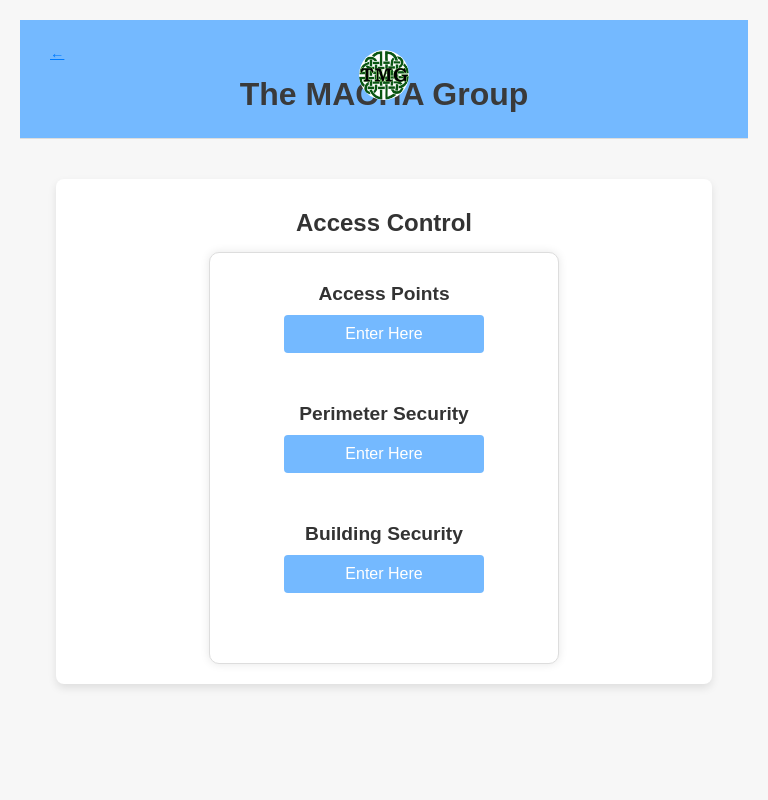
Repository: MachaGroup/MachaGroupIntegration
Page: /Access
These files come from the project's save history. The page is drawn as it stood at one moment and after the next save; the edit follows.
The browser window is 768 px wide. The pictures show the whole page.
The project was rebuilt for these pictures with package versions that can differ from the ones it lists, and the page was loaded fresh each time. Also part of the build but not shown: src/Screens/Login.js, src/Screens/FormInputPage.js, src/Screens/MainScreen.js, src/Screens/AboutUs.js, src/Screens/FAQ.js, src/firebaseConfig.js, src/Screens/ContactUs.js, src/Screens/Settings.js and 301 more.

Above is the page before, as saved 2024-12-02 16:29:39.

### public/index.html
<!DOCTYPE html>
<html lang="en">
  <head>
    <meta charset="utf-8" />
    <link rel="icon" href="%PUBLIC_URL%/MachaLogo.png" />
    <meta name="viewport" content="width=device-width, initial-scale=1" />
    <meta name="theme-color" content="#000000" />
    <meta
      name="description"
      content="Web site created using create-react-app"
    />
    <link rel="apple-touch-icon" href="%PUBLIC_URL%/logo192.png" />
    <!--
      manifest.json provides metadata used when your web app is installed on a
      user's mobile device or desktop. See https://developers.google.com/web/fundamentals/web-app-manifest/
    -->
    <link rel="manifest" href="%PUBLIC_URL%/manifest.json" />
    <!--
      Notice the use of %PUBLIC_URL% in the tags above.
      It will be replaced with the URL of the `public` folder during the build.
      Only files inside the `public` folder can be referenced from the HTML.

      Unlike "/favicon.ico" or "favicon.ico", "%PUBLIC_URL%/favicon.ico" will
      work correctly both with client-side routing and a non-root public URL.
      Learn how to configure a non-root public URL by running `npm run build`.
    -->
    <title>Macha Group Web App</title>
  </head>
  <body>
    <noscript>You need to enable JavaScript to run this app.</noscript>
    <div id="root"></div>
    <!--
      This HTML file is a template.
      If you open it directly in the browser, you will see an empty page.

      You can add webfonts, meta tags, or analytics to this file.
      The build step will place the bundled scripts into the <body> tag.

      To begin the development, run `npm start` or `yarn start`.
      To create a production bundle, use `npm run build` or `yarn build`.
    -->
  </body>
</html>

### src/Screens/Login.css
/* Main container styling */
h1 {
  padding-bottom: 15px;
}

.logo{
  width: 300px;  /* Adjust size as needed */
  margin-bottom: 15px;  /* Spacing below the logo */
}
.login-container {
  display: flex;
  flex-direction: column;
  align-items: center;
  justify-content: center;
  height: 100vh;
  background-color: #f7f7f7;
  padding: 20px;
}
.password-container {
  position: relative;
  display: flex;
  align-items: center;
}

.password-container input {
  width: 100%;
  padding-right: 30px; /* Space for the eye icon */
}

.password-toggle {
  position: absolute;
  right: 10px;
  cursor: pointer;
  font-size: 1.2em;
  display: flex;
  align-items: center; /* Ensures icon centers vertically */
  height: 100%; /* Matches the height of the input for better alignment */
}


/* Form container */
form {
  display: flex;
  flex-direction: column;
  width: 350px; /* Increased width */
  background-color: #fff;
  padding: 30px; /* Increased padding */
  border: 1px solid #ddd;
  border-radius: 10px;
  box-shadow: 0 0 10px rgba(0, 0, 0, 0.1);
}

/* Form group */
.form-group {
  margin-bottom: 15px;
}

.form-group label {
  display: block;
  margin-bottom: 5px;
  color: #333;
}

.form-group input {
  width: 100%;
  padding: 10px;
  border: 1px solid #ccc;
  border-radius: 5px;
}

/* Button styling */
button {
  width: 100%;
  padding: 10px;
  background-color: #74b9ff;
  color: white;
  border: none;
  border-radius: 5px;
  cursor: pointer;
  font-size: 1em;
  margin-bottom: 10px; /* Spacing between buttons */
}

button:hover {
  background-color: #1b578c;
}

/* "or" text styling */
.or-text {
  text-align: center;
  color: #555;
  margin: 10px 0; /* Spacing between buttons */
  font-weight: bold;
}

/* Link and paragraph styling */
p {
  margin-top: 15px;
  color: #555;
  text-align: center;
}

a {
  color: #74b9ff;
  text-decoration: none;
}

a:hover {
  text-decoration: underline;
}

### src/Screens/FormInputPage.css
/* General Layout */
.form-page {
  display: flex;
  flex-direction: column;
  align-items: center;
  justify-content: flex-start;
  background-color: #f0f0f0;
  min-height: 100vh;
  padding: 20px;
  box-sizing: border-box;
}

/* Header Styling */
.header {
  display: flex;
  flex-direction: column;
  align-items: center;
  margin-bottom: 10px;
}

h1 {
  font-size: 2em;
  color: #333;
}

.logo {
  width: 50px;
  height: 50px;
  margin-top: 10px;
}

/* Back Button Styling */
.back-button-container {
  align-self: flex-start;
  margin-bottom: 20px;
}

.back-button {
  background: none;
  border: none;
  font-size: 2em;
  cursor: pointer;
  color: #333;
}

/* Form Container Styling */
.form-container {
  background-color: white;
  padding: 30px;
  border-radius: 8px;
  box-shadow: 0 4px 8px rgba(0, 0, 0, 0.1);
  width: 70%; /* Expanded to fit more screen width */
  max-width: 900px; /* Cap the width on large screens */
  box-sizing: border-box;
}

/* Form Sections */
.form-section {
  display: flex;
  flex-direction: column; /* Stack label above button */
  align-items: center; /* Center both the label and button */
  margin-bottom: 15px;
  width: 100%; /* Make sure the button takes the full container width */
}

.form-section label {
  font-size: 1em;
  color: #333;
  margin-bottom: 10px; /* Add space between the label and button */
  text-align: center; /* Center the label */
  width: 100%; /* Make the label take the full width */
}

/* Form Button Styling - Same as Save/Submit Buttons */
.form-button {
  width: 100%; /* Full width to match Save/Submit buttons */
  padding: 15px;
  background-color: #74b9ff; /* Matches Save/Submit buttons */
  color: white;
  border: none;
  border-radius: 4px;
  cursor: pointer;
  font-size: 1em;
  transition: background-color 0.3s ease;
}

.form-button:hover {
  background-color: #0984e3; /* Hover color */
}

/* Save Button Styling */
.save-button {
  width: 100%;
  padding: 15px;
  background-color: #74b9ff;
  color: white;
  border: none;
  border-radius: 4px;
  cursor: pointer;
  font-size: 1em;
  margin-top: 15px;
}

.save-button:hover {
  background-color: #0984e3;
}

/* Submit Button Styling */
.submit-button {
  width: 100%;
  padding: 15px;
  background-color: #74b9ff;
  color: white;
  border: none;
  border-radius: 4px;
  cursor: pointer;
  font-size: 1em;
  margin-top: 15px;
}

.submit-button:hover {
  background-color: #0984e3;
}

### src/Screens/MainScreen.css
/* Main container styling */
.main-container {
  display: flex;
  flex-direction: column;
  align-items: center;
  justify-content: flex-start; /* Adjusted to align content at the top */
  min-height: 100vh; /* Ensure full viewport height */
  background-color: #f7f7f7;
  padding: 0;
  width: 100vw; /* Full viewport width */
  box-sizing: border-box;
}

/* Header Styling */
.header {
  display: flex;
  justify-content: space-between; /* Align title to the left, logo to the right */
  align-items: center;
  width: 100%;
  padding: 20px;
  background-color: #b0d3e6; /* Light blue header background */
  box-sizing: border-box;
}

.header h1 {
  margin: 0;
  font-size: 2em;
  color: #3a3a3a;
}

/* Welcome message styling */
.welcome-message {
  margin: 20px 0;
  font-size: 1.5em;
  color: #555;
  text-align: center; /* Center the text */
}

/* Buttons styling */
.buttons-container {
  display: flex;
  flex-direction: column;
  gap: 15px;
}

.buttons-container button {
  width: 300px;
  padding: 15px;
  font-size: 1.2em;
  background-color: white;
  border: 2px solid #dcdcdc;
  border-radius: 10px;
  cursor: pointer;
  color: #3a3a3a;
  transition: background-color 0.3s, color 0.3s;
}

.buttons-container button:hover {
  background-color: #b0d3e6;
  color: #3a3a3a;
}

/* Footer styling */
footer {
  margin-top: 20px;
}

footer a {
  color: #777;
  text-decoration: none;
}
/* Main container styling */
.main-container {
  display: flex;
  flex-direction: column;
  align-items: center;
  justify-content: flex-start; /* Align content at the top */
  min-height: 100vh; /* Full viewport height */
  background-color: #f7f7f7;
  padding: 0;
  width: 100vw; /* Full viewport width */
  box-sizing: border-box;
}

/* Welcome message styling */
.welcome-message {
  margin: 20px 0;
  font-size: 1.5em;
  color: #555;
  text-align: center; /* Center the text */
}

/* Buttons styling */
.buttons-container {
  display: flex;
  flex-direction: column;
  gap: 15px; /* Space between buttons */
}

.buttons-container button {
  width: 300px;
  padding: 15px;
  font-size: 1.2em;
  background-color: white;
  border: 2px solid #dcdcdc;
  border-radius: 10px;
  cursor: pointer;
  color: #3a3a3a;
  transition: background-color 0.3s, color 0.3s;
}

.buttons-container button:hover {
  background-color: #b0d3e6;
  color: #3a3a3a;
}

/* Footer styling */
footer {
  margin-top: 20px;
}

footer a {
  color: #777;
  text-decoration: none;
}

### src/Screens/AboutUs.css
/* General Page Styling */
.about-page {
    background-color: white; /* Set the background color to white */
    min-height: 100vh;
    padding: 20px;
    box-sizing: border-box;
  }

  /* Header Styling */
  .header {
    display: flex;
    justify-content: space-between; /* Align title to the left, logo to the right */
    align-items: center;
    width: 100%;
    padding: 20px;
    background-color: #b0d3e6;
    border-bottom: 1px solid #ddd;
  }

  .title {
    font-size: 2em;
    color: #333;
    margin: 0;
  }

  .logo {
    width: 100px;
    height: 100px;
    border-radius: 50%;
  }


  /* About Container Styling */
  .about-container {
    background-color: white;
    padding: 20px;
    border-radius: 10px;
    box-shadow: 0px 4px 10px rgba(0, 0, 0, 0.1);
    width: 100%;
    max-width: 800px;
    margin: 20px auto; /* Center the about section */
  }

  .back-button {
    margin-top: 20px; /* Add space between header and back button */
    background: none;
    border: none;
    font-size: 2em;
    cursor: pointer;
    color: #333;
    padding: 5px 10px;
    text-align: left; /* Align button to the left */
    padding-left: 20px; /* Add padding to the left */
  }

  h2 {
    text-align: center;
    margin-bottom: 20px;
    color: #333;
  }

  .about-content h3 {
    margin-top: 15px;
    color: #333;
  }

  ul {
    list-style-type: none;
    padding-left: 0;
  }

  ul li {
    margin: 5px 0;
  }

  p {
    margin: 10px 0;
    color: #333;
    line-height: 1.6;
  }

  strong {
    font-weight: bold;
  }

### src/Screens/Settings.css
/* General Page Styling */
.settings-page {
    background-color: white;
    min-height: 100vh;
    display: flex;
    flex-direction: column;
    align-items: center;
    padding: 20px;
    box-sizing: border-box;
  }

  /* Header Styling */
  .header {
    display: flex;
    justify-content: space-between;
    align-items: center;
    width: 100%;
    padding: 10px;
    background-color: #b0d3e6;
    box-sizing: border-box;
  }

  .back-button {
    background: none;
    border: none;
    font-size: 1.5em;
    cursor: pointer;
    color: #333;
  }

  .title {
    font-size: 1.8em;
    color: #333;
    margin: 0;
  }

  /* Settings Container */
  .settings-container {
    width: 100%;
    max-width: 600px; /* Adjust to control the container width */
    display: flex;
    flex-direction: column;
    align-items: center;
    justify-content: flex-start; /* Align items to the top */
    margin-top: 20px;
  }

  /* Profile Picture Container */
  .profile-pic-container {
    display: flex;
    flex-direction: column;
    align-items: center;
    margin-bottom: 20px;
  }

  /* Profile Picture */
  .profile-pic {
    width: 100px;
    height: 100px;
    border-radius: 50%;
    border: 2px solid #ccc;
    object-fit: cover;
  }

  /* File Input Below the Image */
  .file-input {
    margin-top: 10px;
  }

  /* Settings Buttons */
  .settings-options {
    width: 100%; /* Full width */
    display: flex;
    flex-direction: column;
    gap: 15px; /* Add space between buttons */
  }

  .settings-button {
    padding: 10px;
    background-color: #74b9ff;
    border: 1px solid #ccc;
    border-radius: 5px;
    cursor: pointer;
    font-size: 1.2em;
    transition: background-color 0.3s;
  }

  .settings-button:hover {
    background-color: #1b578c;
  }

  /* Log out Link */
  .logout-link {
    margin-top: 30px;
    color: #007bff;
    text-decoration: none;
    font-size: 1.2em;
  }

  .logout-link:hover {
    text-decoration: underline;
  }

### src/Screens/Pricing.css
/* General Reset */
* {
    margin: 0;
    padding: 0;
    box-sizing: border-box;
  }

  /* Container */
  .pricing-container {
    width: 100%;
    text-align: center;
    padding: 20px;
  }

  /* Header */
  .header {
    display: flex;
    justify-content: space-between;
    align-items: center;
    padding: 15px;
    background-color: #b0d3e6;
  }

  .title {
    font-size: 2em;
    color: #333;
  }

  .logo {
    width: 100px;
    height: 100px;
  }

  .back-button {
    background: none;
    border: none;
    font-size: 1.8em;
    cursor: pointer;
    color: #333;
  }

  /* Pricing Plans */
  .pricing-plans {
    display: flex;
    justify-content: space-between;
    margin: 20px 0;
    flex-wrap: wrap;
  }

  .pricing-card {
    background-color: #f0f4f8;
    padding: 20px;
    width: 30%;
    border-radius: 10px;
    box-shadow: 0px 4px 8px rgba(0, 0, 0, 0.1);
    text-align: center;
  }

  .pricing-card h2 {
    font-size: 1.5em;
    margin-bottom: 10px;
  }

  .pricing-card h3 {
    font-size: 2em;
    margin-bottom: 10px;
  }

  .pricing-card ul {
    list-style: none;
    margin-bottom: 10px;
  }

  .pricing-card ul li {
    font-size: 1em;
    margin-bottom: 5px;
  }

  .get-started {
    background-color: #4CAF50;
    color: white;
    padding: 10px 15px;
    border: none;
    border-radius: 5px;
    cursor: pointer;
    transition: background-color 0.3s;
  }

  .get-started:hover {
    background-color: #45a049;
  }

  /* Comparison Table */
  .comparison-table {
    margin: 20px 0;
    overflow-x: auto; /* Add horizontal scrolling on small screens */
  }

  table {
    width: 100%;
    border-collapse: collapse;
    table-layout: fixed; /* Ensure table columns have equal width */
  }

  th, td {
    padding: 15px;
    border: 1px solid #ddd;
    text-align: center;
    white-space: nowrap; /* Prevent text from wrapping in table cells */
  }

  th {
    background-color: #f0f4f8;
    font-weight: bold;
  }

  td {
    background-color: #ffffff;
  }

  table th, table td {
    min-width: 120px; /* Set a minimum width for each column */
  }

  @media (max-width: 768px) {
    .pricing-plans {
      flex-direction: column; /* Stack plans vertically on small screens */
    }

    .pricing-card {
      width: 100%; /* Make pricing cards take full width on mobile */
      margin-bottom: 20px;
    }
  }

### src/Screens/PhysicalSecurity.css
/* General Page Styling */
.form-page {
    background-color: white;
    min-height: 100vh;
    display: flex;
    flex-direction: column;
    align-items: center;
    padding: 20px;
    box-sizing: border-box;
  }

  /* Header Styling */
  .header {
    display: flex;
    justify-content: space-between;
    align-items: center;
    width: 100%;
    padding: 10px;
    background-color: #b0d3e6;
    box-sizing: border-box;
  }

  .back-button {
    background: none;
    border: none;
    font-size: 1.5em;
    cursor: pointer;
    color: #333;
  }

  .title {
    font-size: 1.8em;
    color: #333;
    margin: 0;
  }

  /* Form Container Styling */
  .form-container {
    width: 100%;
    max-width: 600px;
    display: flex;
    flex-direction: column;
    align-items: center;
    margin-top: 20px;
  }

  /* Form Section Styling */
  .form-section {
    width: 100%;
    margin-bottom: 20px;
    display: flex;
    flex-direction: column;
    align-items: center;
  }

  .form-section label {
    font-size: 1.2em;
    margin-bottom: 10px;
    color: #333;
  }

  /* Button Styling */
  .form-button {
    width: 200px;
    padding: 10px;
    background-color: #4CAF50; /* Green background */
    color: white; /* White text */
    border: none;
    border-radius: 5px;
    cursor: pointer;
    font-size: 1em;
    transition: background-color 0.3s, transform 0.2s;
  }

  .form-button:hover {
    background-color: #45a049; /* Darker green on hover */
    transform: scale(1.05); /* Slightly enlarge on hover */
  }

### src/Screens/AccessControl.css
/* General Page Styling */
.form-page {
    background-color: white;
    min-height: 100vh;
    display: flex;
    flex-direction: column;
    align-items: center;
    padding: 20px;
    box-sizing: border-box;
  }

  /* Header Styling */
  .header {
    display: flex;
    justify-content: space-between;
    align-items: center;
    width: 100%;
    padding: 10px;
    background-color: #b0d3e6;
    box-sizing: border-box;
  }

  .back-button {
    background: none;
    border: none;
    font-size: 1.5em;
    cursor: pointer;
    color: #333;
  }

  .title {
    font-size: 1.8em;
    color: #333;
    margin: 0;
  }

  /* Form Container Styling */
  .form-container {
    width: 100%;
    max-width: 600px;
    display: flex;
    flex-direction: column;
    align-items: center;
    margin-top: 20px;
  }

  /* Form Section Styling */
  .form-section {
    width: 100%;
    margin-bottom: 20px;
    display: flex;
    flex-direction: column;
    align-items: center;
  }

  .form-section label {
    font-size: 1.2em;
    margin-bottom: 10px;
    color: #333;
  }

  /* Button Styling */
  .form-button {
    width: 200px;
    padding: 10px;
    background-color: #4CAF50; /* Green background */
    color: white; /* White text */
    border: none;
    border-radius: 5px;
    cursor: pointer;
    font-size: 1em;
    transition: background-color 0.3s, transform 0.2s;
  }

  .form-button:hover {
    background-color: #45a049; /* Darker green on hover */
    transform: scale(1.05); /* Slightly enlarge on hover */
  }

### src/Screens/FormQuestions.css
/* General Layout */
.form-page {
    display: flex;
    flex-direction: column;
    align-items: center;
    justify-content: flex-start;
    background-color: #f7f7f7;
    min-height: 100vh;
    padding: 20px;
    box-sizing: border-box;
    font-family: Arial, sans-serif;
}

/* Header Styling */
.header {
    display: flex;
    align-items: center;
    justify-content: space-between; /* Space between back button and menu button */
    width: 100%;
    background-color: #74b9ff; /* Blue background color */
    color: white;
    padding: 10px 20px; /* Padding for spacing */
    box-sizing: border-box;
    position: relative; /* Ensure positioning for menu button */
}

h1 {
    font-size: 1.8em;
    color: white;
    margin: 0; /* Remove default margin */
    text-align: center;
    flex-grow: 1; /* Allow title to take space between buttons */
}

.logo {
    width: 50px;
    height: 50px;
    position: absolute; /* Ensure it's centered */
    left: 50%;
    transform: translateX(-50%);
}

/* Navbar Styling */
.navbar {
    position: absolute;
    top: 50%; /* Center vertically */
    right: 20px; /* Position in the top-right corner */
    transform: translateY(-50%); /* Center vertically */
}

.menu-button {
    display: flex;
    flex-direction: column;
    justify-content: space-between;
    width: 30px;
    height: 30px; /* Make the button a square */
    background: none;
    border: 1px solid white; /* Add a white border for the square appearance */
    border-radius: 4px; /* Optional for slightly rounded corners */
    cursor: pointer;
    outline: none;
    align-items: center; /* Center the lines horizontally */
    padding: 5px;
    box-sizing: border-box;
}

.menu-button div {
    width: 20px; /* Adjust the width of the lines */
    height: 3px; /* Adjust the thickness of the lines */
    background-color: white; /* White lines for contrast */
    border-radius: 2px;
    transition: transform 0.3s;
}

.menu {
    display: none;
    position: absolute;
    top: 40px; /* Below the button */
    right: 0;
    background-color: #fff;
    border: 1px solid #ddd;
    border-radius: 5px;
    box-shadow: 0 2px 5px rgba(0, 0, 0, 0.15);
    width: 200px;
    z-index: 1000;
}

.menu.open {
    display: block;
}

.menu ul {
    list-style: none;
    padding: 0;
    margin: 0;
}

.menu li {
    padding: 10px 15px;
    border-bottom: 1px solid #ddd;
    cursor: pointer;
}

.menu li:last-child {
    border-bottom: none;
}

.menu li a {
    color: black; /* Black font for dropdown items */
    text-decoration: none;
    display: block;
}

.menu li a:hover {
    background-color: #f4f4f4;
}

/* Back Button Styling */
.back-button-container {
    display: inline-flex; /* Ensures container does not take the full width */
    align-items: center;
}

.back-button {
    background: none;
    border: none;
    font-size: 1.5em;
    cursor: pointer;
    color: white;
    padding: 5px 10px; /* Add padding for clickable area */
    border-radius: 5px; /* Optional for rounded edges */
    transition: background-color 0.3s ease; /* Smooth transition for hover */
}

.back-button:hover {
    background-color: rgba(0, 0, 0, 0.1); /* Darkens only the button's area */
    color: #dfe6e9;
}

/* Responsiveness */
@media (max-width: 768px) {
    .header {
        flex-wrap: wrap;
    }

    h1 {
        font-size: 1.2em;
    }
}

### src/Screens/CreateanAccount.css
/* Main container for the form */
.create-account-container {
  display: flex;
  flex-direction: column;
  align-items: center;
  padding: 20px;
  font-family: Arial, sans-serif;
}

/* Back button styling */
.back-button {
  align-self: flex-start;
  font-size: 24px;
  background: none;
  border: none;
  cursor: pointer;
  color: #333;
  margin-bottom: 10px;
}

/* Title styling */
.create-account-title {
  font-size: 32px;
  font-weight: bold;
  color: #4A79E8;
  margin-bottom: 20px;
}

/* Form styling */
.account-form {
  width: 100%;
  max-width: 500px;
  display: flex;
  flex-direction: column;
  align-items: center;
  border: 1px solid #ddd;
  padding: 20px;
  border-radius: 8px;
  background-color: #f9f9f9;
  box-shadow: 0px 4px 8px rgba(0, 0, 0, 0.1);
}

/* Grouping each input field with label */
.form-group {
  width: 100%;
  margin-bottom: 20px;
}

label {
  font-weight: bold;
  margin-bottom: 5px;
  display: block;
  color: #333;
}

input {
  width: 100%;
  padding: 10px;
  font-size: 16px;
  border: 1px solid #ddd;
  border-radius: 5px;
  box-sizing: border-box;
}

/* Styling for the address section */
.address-section {
  width: 100%;
  margin-top: 20px;
}

.address-section h3 {
  font-weight: bold;
  margin-bottom: 10px;
  color: #4A79E8;
}

/* Grid styling for the address input fields */
.address-inputs {
  display: grid;
  grid-template-columns: 1fr 1fr;
  gap: 15px;
  width: 100%;
}

/* Full-width button styling */
.create-account-button {
  width: 100%;
  padding: 10px;
  margin-top: 20px;
  background-color: #4A79E8;
  color: white;
  font-weight: bold;
  font-size: 18px;
  border: none;
  border-radius: 5px;
  cursor: pointer;
  transition: background-color 0.3s ease;
}

.create-account-button:hover {
  background-color: #3a5bb5;
}

/* Link styling */
.skip-link, .cancel-link {
  color: #4A79E8;
  text-decoration: none;
  margin-top: 10px;
  font-size: 14px;
  cursor: pointer;
}

.skip-link:hover, .cancel-link:hover {
  text-decoration: underline;
}

### src/Screens/ForgotPassword.css
.forgot-password-page {
    display: flex;
    flex-direction: column; /* Ensure content stacks vertically */
    align-items: center; /* Horizontally center all child elements */
    height: 100vh; /* Full viewport height */
    background-color: #f8f9fa;
    margin: 0; /* Reset any margin */
    padding: 10px; /* Add padding for small screens */
    box-sizing: border-box;
}

.logo {
    height: 50px;
    margin-top: 20px; /* Space between the top and the logo */
    margin-bottom: 20px;
}

h2 {
    margin-top: 10px;
    font-size: 1.5rem;
    font-weight: bold;
    text-align: center; /* Ensure heading is centered */
}

.forgot-password-container {
    display: flex;
    flex-direction: column;
    justify-content: center; /* Center the form content vertically */
    align-items: center; /* Center the form content horizontally */
    background: #fff;
    padding: 20px;
    border-radius: 8px;
    box-shadow: 0 4px 8px rgba(0, 0, 0, 0.1);
    width: 100%;
    max-width: 400px; /* Limit width on larger screens */
    box-sizing: border-box;
}

p {
    font-size: 1rem;
    margin-bottom: 20px;
}

.form-group {
    margin-bottom: 15px;
    text-align: center;
}

input {
    width: 100%;
    padding: 10px;
    margin-top: 5px;
    border: 1px solid #ccc;
    border-radius: 4px;
    font-size: 1rem;
}

.reset-button {
    width: 100%;
    padding: 10px;
    background-color: #007bff;
    color: white;
    border: none;
    border-radius: 4px;
    cursor: pointer;
    font-size: 1rem;
}

.reset-button:hover {
    background-color: #0056b3;
}

.message {
    margin-top: 10px;
    color: #28a745;
}

.back-button {
    margin-top: 10px;
    background: none;
    border: none;
    color: #007bff;
    text-decoration: underline;
    cursor: pointer;
    font-size: 0.9rem;
}

@media (max-width: 600px) {
    .forgot-password-container {
        padding: 15px;
    }

    .logo {
        height: 40px;
    }

    h2 {
        font-size: 1.25rem;
    }

    input, .reset-button {
        padding: 8px;
        font-size: 0.9rem;
    }

    .back-button {
        font-size: 0.8rem;
    }
}

Loaded but not shown: src/index.js (common file); src/index.css (common file); src/reportWebVitals.js (common file); src/App.css (common file); src/App.js (746 lines, source omitted); src/Context/BuildingContext.js (76 lines, source omitted); src/Screens/AccessControl.js (54 lines, source omitted); src/Screens/SurveillanceSystems.css (181 lines, source omitted); src/Screens/ContactUs.css (136 lines, source omitted); src/Screens/FAQ.css (125 lines, source omitted)

After the next save:
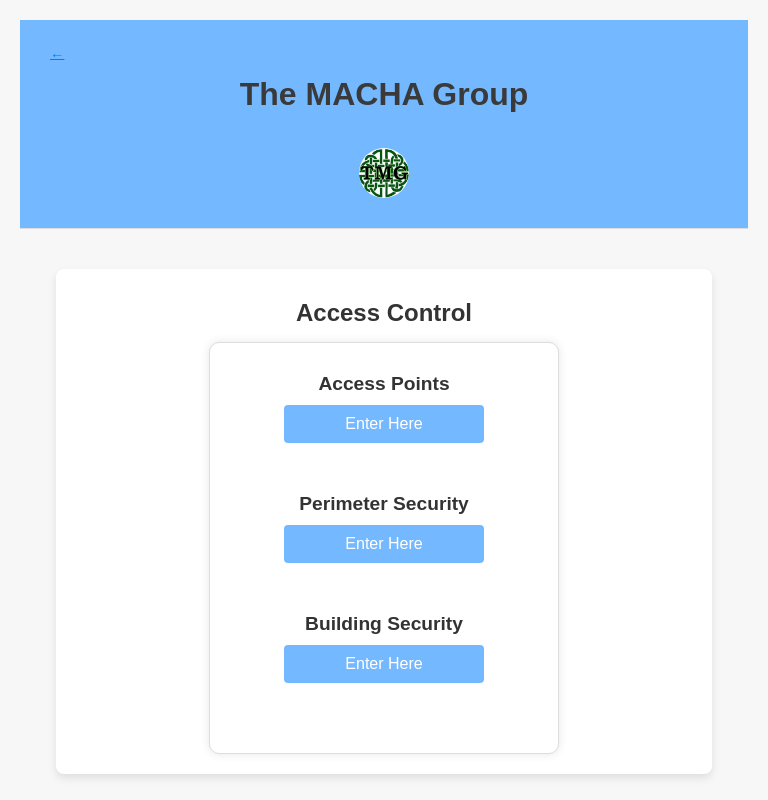
Saved 2 min 39 s later.
--- a/src/Screens/FormQuestions.css
+++ b/src/Screens/FormQuestions.css
@@ -30,18 +30,21 @@
     margin: 0; /* Remove default margin */
     text-align: center;
     flex-grow: 1; /* Allow title to take space between buttons */
+    position: relative;
 }
 
+/* Place logo below the title */
 .logo {
     width: 50px;
     height: 50px;
-    position: absolute; /* Ensure it's centered */
-    left: 50%;
-    transform: translateX(-50%);
+    margin: 10px auto 0; /* Center and add spacing */
+    display: block;
 }
 
 /* Navbar Styling */
 .navbar {
+    display: flex;
+    align-items: center;
     position: absolute;
     top: 50%; /* Center vertically */
     right: 20px; /* Position in the top-right corner */
@@ -146,4 +149,8 @@
     h1 {
         font-size: 1.2em;
     }
+
+    .logo {
+        width: 40px; /* Adjust logo size for smaller screens */
+    }
 }
